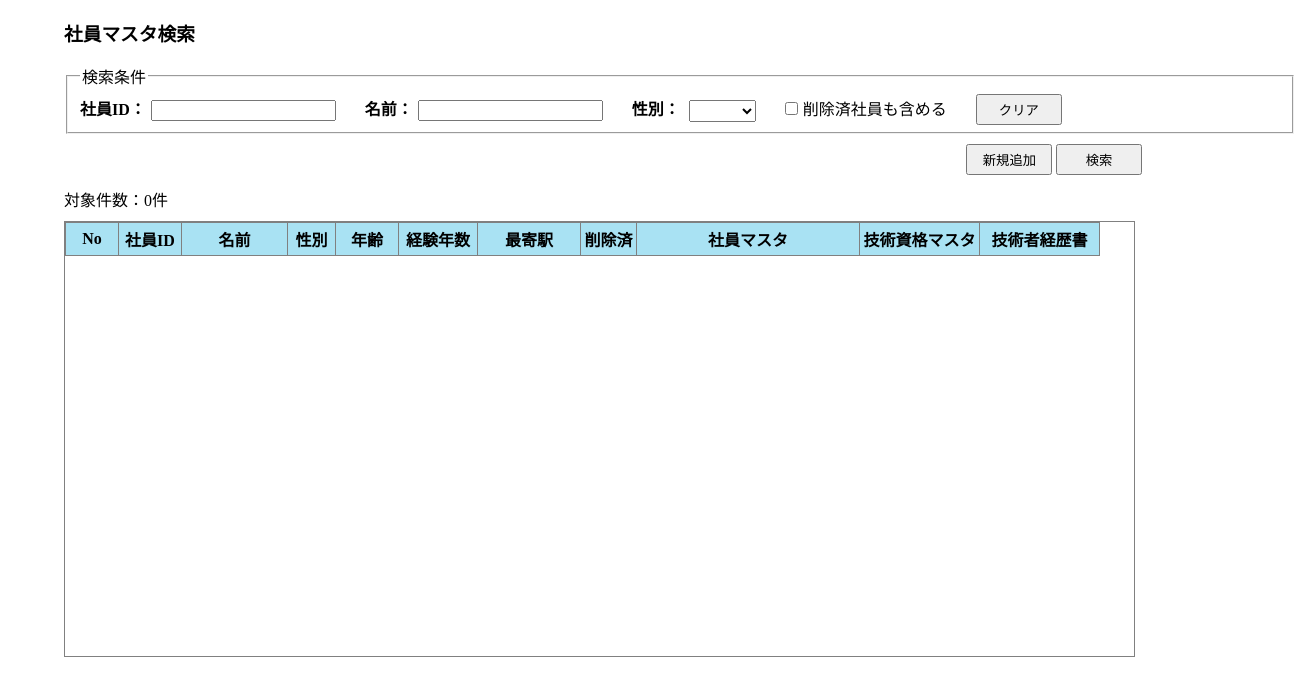
Repository: nguyenvantandev/WebApp
Page: http://localhost/EmployeeInfoSystem/
An editor plug-in stored every save of this project. The page is shown before and after the next save, followed by the edit.
The browser window is 1280 px wide. The page is 1294 px wide, so the pictures cover 1294 px, including what lies to the right of the window. The pictures show the whole page.
Some web libraries are served in a nearby version. The page is served by Tomcat 9. Other server files are loaded and not shown. The template is opened directly, without the code that normally fills it, so the values that code supplies are empty.

Above is the page before, as saved 2016-05-30 06:43:00.

### EmployeeInfoSystem/WebContent/EmployeeSearch.jsp
<%@ page language="java" contentType="text/html; charset=UTF-8"
	pageEncoding="UTF-8"%>

<%@ taglib prefix="c" uri="http://java.sun.com/jsp/jstl/core"%>
<!DOCTYPE html PUBLIC "-//W3C//DTD HTML 4.01 Transitional//EN" "http://www.w3.org/TR/html4/loose.dtd">
<html>
<head>
<meta http-equiv="Content-Type" content="text/html; charset=UTF-8">
<link rel="stylesheet" type="text/css" href="css/EmployeeSearch.css">
<script type="text/javascript" src="js/EmployeeSearch.js"></script>
<!-- <link rel="stylesheet" type="text/css" href="https://cdn.datatables.net/1.10.11/css/jquery.dataTables.min.css"> -->
<script type="text/javascript" src="http://code.jquery.com/jquery-1.10.1.min.js"></script>

<title>社員マスタ検索画面</title>
</head>
<body>
	<form action="ShainMasterKensaku" method="post" id="EmployeeSearch" name="EmployeeSearch">
		<div>
			<h3>
				<b>社員マスタ検索</b>
			</h3>
			<fieldset>
				<legend>検索条件</legend>
				<label id="shain_title"><b>社員ID：</b></label><input type="text" id="shain_ID" name="shain_id" maxlength="4" style="ime-mode: disabled;">
					<label id="namae_title"><b>名前：</b></label><input type="text" id="namae" name="namae" maxlength="40">
					<label id="sebetsu_title"><b>性別：</b></label>
					<select id="sebetsu" name="sebetsu">
					<option></option>
					<option>男</option>
					<option>女</option>
					</select>
					<input type="checkbox" id="sakujosumi" name="sakujosumi"><label>削除済社員も含める</label>
				<input type="button" id="kuria" name="kuria" value="クリア" onclick="kuria_click()">
			</fieldset>
			<input type="button" id="shikitsuika" name="shinkitsuika" value="新規追加" onclick="shinkitsuika_click()">
			<input type="button" id="kensaku" name="kensaku" value="検索" onclick="kensaku_click()">
			<input type="hidden" id="click_action" name="click_action">
 			<div id="num">
				<%-- <c:if test="${empty count}">
             		対象件数：0件<br>
				</c:if>
				<c:if test="${not empty count}">
					対象件数：<%=((Integer) request.getAttribute("count"))%>件<br>
				</c:if> --%>
				対象件数：0件<br>
			</div>

			<div id="list">
				<table id="table" border="1">
					<thead>
						<tr>
							<th style="width: 50px">No</th>
							<th style="width: 60px">社員ID</th>
							<th  style="width: 103px">名前</th>
							<th style="width: 45px">性別</th>
							<th style="width: 60px">年齢</th>
							<th style="width: 76px">経験年数</th>
							<th style="width: 100px">最寄駅</th>
							<th style="width: 53px">削除済</th>
							<th style="width: 220px">社員マスタ</th>
							<th style="width: 117px">技術資格マスタ</th>
							<th style="width: 117px">技術者経歴書</th>
						</tr>
					</thead>
					<tbody>
					<c:forEach var="row" items="${memberList}">
							<tr>
								<td style="width: 50px"><c:out value="${row.num}"/></td>
								<td style="width: 60px"><c:out value="${row.shainid}"></c:out></td>
								<td style="width: 103px"><c:out value="${row.namae}"></c:out></td>
								<td style="width: 45px"><c:out value="${row.sebetsu}"></c:out></td>
								<td style="width: 60px"><c:out value="${row.nenrei}"></c:out></td>
								<td style="width: 76px"><c:out value="${row.keikennensuu}"></c:out></td>
								<td style="width: 100px"><c:out value="${row.saiyorieki}"></c:out></td>
								<td style="width: 53px"><c:out value="${row.sakujosumi}"></c:out></td>
								<td style="width: 220px">
								<input type="button" id="ShainMaster" name="ShainMaster" value="参照／編集">
								<input type="button" id="Sakujo" name="Sakujo" value="削除">
								</td>
								<td style="width: 117px">
								<input type="button" id="GijutsushikakuMaster" name="GijutsushikakuMaster" value="参照／編集">
								</td>
								<td style="width: 117px">
								<input type="button" id="GijitsushaKerekisho" name="GijitsushaKerekisho" value="参照">
								</td>

							</tr>
						</c:forEach>

					</tbody>
				</table>
			</div>

		</div>
	</form>

</body>
</html>

### EmployeeInfoSystem/WebContent/css/EmployeeSearch.css
@CHARSET "UTF-8";
body {
	margin-left: 5%;
    margin-right: 5%;
}
fieldset {
        height: 50px;
    width: 1200px;
}
#shain_title{
	margin-right: 5px;
}
#namae_title, #sebetsu_title, #sakujosumi{
	    margin-left: 25px;
    margin-right: 5px;
}
#sebetsu{
    width: 67px;
    height: 22px;
}
#kuria{
    margin-left: 25px;
    width: 86px;
    height: 31px;
}
#shikitsuika{
	 width: 86px;
    height: 31px;
    margin-top: 10px;
    margin-right: 10px;
    margin-bottom: 10px;
    right: 17%;
	position: absolute;
}

#kensaku{
	width: 86px;
    height: 31px;
    margin-top: 10px;
    margin-right: 10px;
    margin-bottom: 10px;
    right: 10%;
	position: absolute;
}
#num{
    margin-top: 53px;
    margin-bottom: 10px;
}

table {
	border-collapse: collapse;
	width: 93%;
	height: 100%;
}

th {

	table-layout:fixed;
	height: 30px;
	background-color: #A9E2F3;
}

td {

	table-layout:fixed;
	height: 30px;
	background-color: white;
    border-bottom-style: dashed;
}

tbody, thead {

	display: block;
}
tbody {
  overflow-y:scroll;
  height:400px;

}

### EmployeeInfoSystem/WebContent/js/EmployeeSearch.js
function employeeSearch_load() {
	var id = document.getElementById("id").value;
	var name = document.getElementById("name").value;
	var sex = document.getElementById("sex").value;
	var del = document.getElementById("del").value;
	var count = document.getElementById("kennsu").value;
	var serverErrorMs = document.getElementById("serverErrorMs").value;
	var searchAgain = document.getElementById("sakujoButton").value;
	var sakujoMes = document.getElementById("sakujoMes").value;

	if (id != "null") {
		document.getElementById("shain_ID").value = id;
	}
	if (name != "null") {
		document.getElementById("namae").value = name;
	}
	if (sex != "null") {
		$('#sebetsu').val(sex);
	}

	if (del == "1") {
		document.getElementById("sakujosumi").checked = true;
	}
	if (serverErrorMs != "null") {
		alert(serverErrorMs);
		return false;
	}
	if (sakujoMes != "null") {
		alert(sakujoMes);
	}

	if (searchAgain != "null") {
		document.getElementById("click_action").value = "検索";
		document.getElementById("EmployeeSearch").submit();
	}
	if (count == "0") {
		alert("検索条件に一致する社員が見つかりません。");
	}
	var tbl = document.getElementById("table").rows.length;
	for (var i = 1; i < tbl; i++) {
		var n = document.getElementById("table").rows[i].cells[7].innerHTML;
		if (n == "○") {
			document.getElementById("ShainMaster" + i).disabled = true;
			document.getElementById("Sakujo" + i).disabled = true;
			document.getElementById("GijutsushikakuMaster" + i).disabled = true;
			document.getElementById("GijitsushaKerekisho" + i).disabled = true;

		}
	}

}

function kuria_click() {
	document.getElementById("shain_ID").value = "";
	document.getElementById("namae").value = "";
	document.getElementById("sebetsu").value = "";
	document.getElementById("sakujosumi").checked = false;
}
function shinkitsuika_click() {
	document.getElementById("click_action").value = "新規追加";
	document.getElementById("EmployeeSearch").submit();
}
function kensaku_click() {
	var shainID = document.getElementById("shain_ID").value;
	if (shainID != "") {
		var regex = /^[A-Za-z0-9]+$/;
		if (!shainID.match(regex)) {
			alert("社員IDは半角英数字で入力してください。");
			return false;
		}
		var regex2 = /^[0-9]+$/;
		if (!shainID.match(regex2)) {
			alert("検索条件に一致する社員が見つかりません。");
			return false;
		}
	}
	document.getElementById("click_action").value = "検索";
	document.getElementById("EmployeeSearch").submit();

}

function shainmaster_click(Val) {
	var report = Val.parentNode.parentNode.cells[1].innerHTML;
	document.getElementById("shainmasterButton").value = report;
	document.getElementById("EmployeeSearch").submit();
}

function sakujo_click(Val) {
	var confim = confirm("社員を削除してよろしいですか？");
	if (confim == true) {
		var report = Val.parentNode.parentNode.cells[1].innerHTML;
		document.getElementById("sakujoButton").value = report;
		document.getElementById("EmployeeSearch").submit();
	} else {
		return false;
	}
}

function GijutsushikakuMaster_click(Val) {
	var report = Val.parentNode.parentNode.cells[1].innerHTML;
	document.getElementById("GijutsushikakuMasterButton").value = report;
	document.getElementById("EmployeeSearch").submit();
}

function GijitsushaKerekisho_click(Val) {
	var report = Val.parentNode.parentNode.cells[1].innerHTML;
	document.getElementById("GijitsushaKerekishoButton").value = report;
	document.getElementById("EmployeeSearch").submit();
}

After the next save:
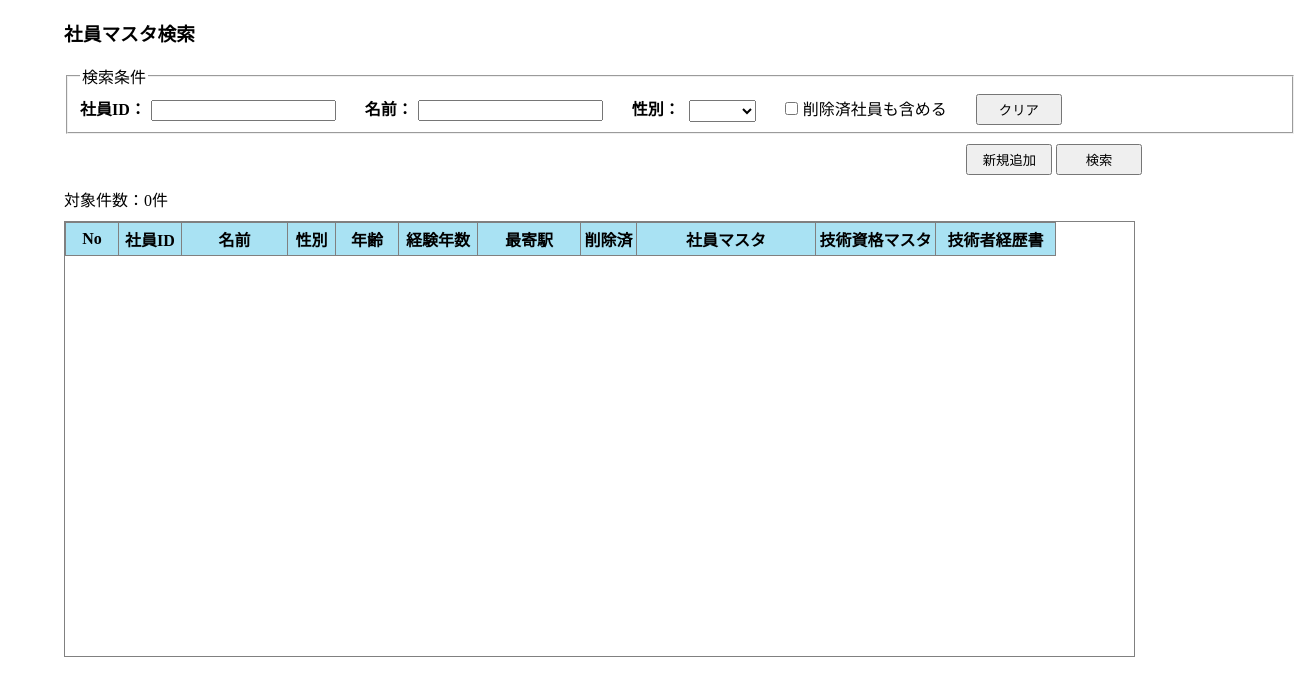
Saved 37 s later.
--- a/EmployeeInfoSystem/WebContent/EmployeeSearch.jsp
+++ b/EmployeeInfoSystem/WebContent/EmployeeSearch.jsp
@@ -57,7 +57,7 @@
 							<th style="width: 76px">経験年数</th>
 							<th style="width: 100px">最寄駅</th>
 							<th style="width: 53px">削除済</th>
-							<th style="width: 220px">社員マスタ</th>
+							<th style="width: 176px">社員マスタ</th>
 							<th style="width: 117px">技術資格マスタ</th>
 							<th style="width: 117px">技術者経歴書</th>
 						</tr>
@@ -73,7 +73,7 @@
 								<td style="width: 76px"><c:out value="${row.keikennensuu}"></c:out></td>
 								<td style="width: 100px"><c:out value="${row.saiyorieki}"></c:out></td>
 								<td style="width: 53px"><c:out value="${row.sakujosumi}"></c:out></td>
-								<td style="width: 220px">
+								<td style="width: 176px">
 								<input type="button" id="ShainMaster" name="ShainMaster" value="参照／編集">
 								<input type="button" id="Sakujo" name="Sakujo" value="削除">
 								</td>
